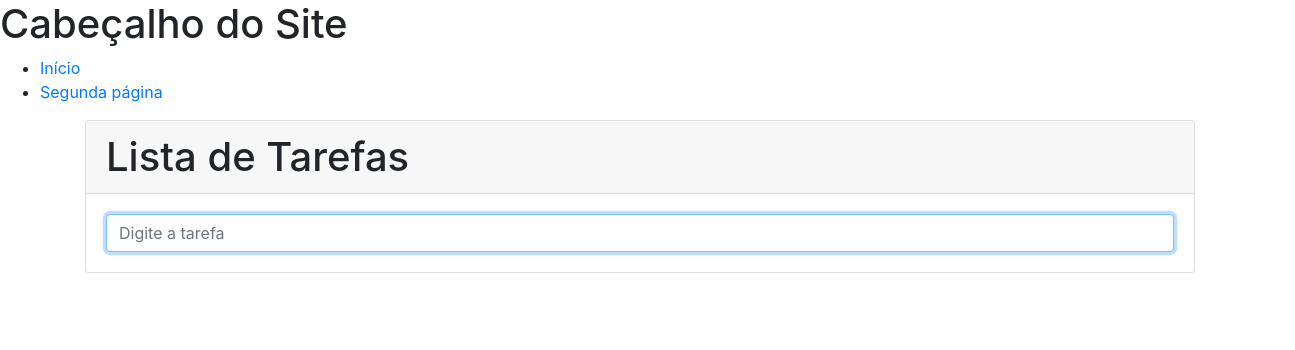
Repository: rrresck/pos_graduacao
Page: html/pagina2.html
These files come from the project's save history. The page is drawn as it stood at one moment and after the next save; the edit follows.
The browser window is 1280 px wide. The page is 1295 px wide, so the pictures cover 1295 px, including what lies to the right of the window. The pictures show the whole page.

Above is the page before, as saved 2023-05-04 13:22:24.

### html/pagina2.html
<!DOCTYPE html>
<html lang="en">
<head>
    <meta charset="UTF-8">
    <meta http-equiv="X-UA-Compatible" content="IE=edge">
    <meta name="viewport" content="width=device-width, initial-scale=1.0, shrink-to-fit=no">
    <meta name="author" content="Rafael Rodrigues Resck">
    <meta name="description" content="Template inicial HTML puro.">
    <link rel="stylesheet" href="https://cdn.jsdelivr.net/npm/bootstrap@4.6.2/dist/css/bootstrap.min.css" integrity="sha384-xOolHFLEh07PJGoPkLv1IbcEPTNtaed2xpHsD9ESMhqIYd0nLMwNLD69Npy4HI+N" crossorigin="anonymous">
    <title>Página 2</title>
</head>
<body>
    <header class="cabecalho">
        <h1>Cabeçalho do Site</h1>
    </header>
    <nav class="menu">
        <ul>
            <li><a href="../index.html">Início</a></li>
            <li><a href="pagina2.html">Segunda página</a></li>
        </ul>
    </nav>

    <div class="row">
        <div class="container">
            <div class="card">
                <h1 class="card-header">Lista de Tarefas</h1>
                <div class="card-body">
                    <div class="input-group-mb3">
                        <input type="text" class="form-control" placeholder="Digite a tarefa" name="tarefa" autofocus>
                        <div class="inut-group-append"></div>
                    </div>
                </div>
            </div>
        </div>
    </div>

</body>
</html>

Loaded but not shown: js/script.js (no stored copy; drawn as an empty file)

After the next save:
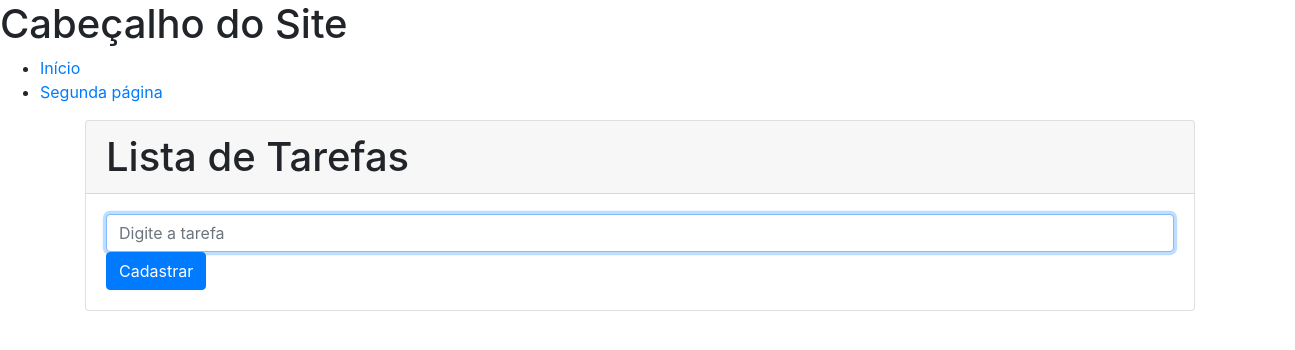
Saved 12 min 41 s later.
--- a/html/pagina2.html
+++ b/html/pagina2.html
@@ -27,12 +27,18 @@
                 <div class="card-body">
                     <div class="input-group-mb3">
                         <input type="text" class="form-control" placeholder="Digite a tarefa" name="tarefa" autofocus>
-                        <div class="inut-group-append"></div>
+                        <div class="inut-group-append">
+                            <button class="btn btn-primary" type="button" id="botao">Cadastrar</button>
+                        </div>
                     </div>
+                    <ul id="lista" class="list-group">
+                    </ul>
                 </div>
             </div>
         </div>
+        <script src="../js/script.js"></script>
     </div>
+    <footer></footer>
 
 </body>
 </html>
